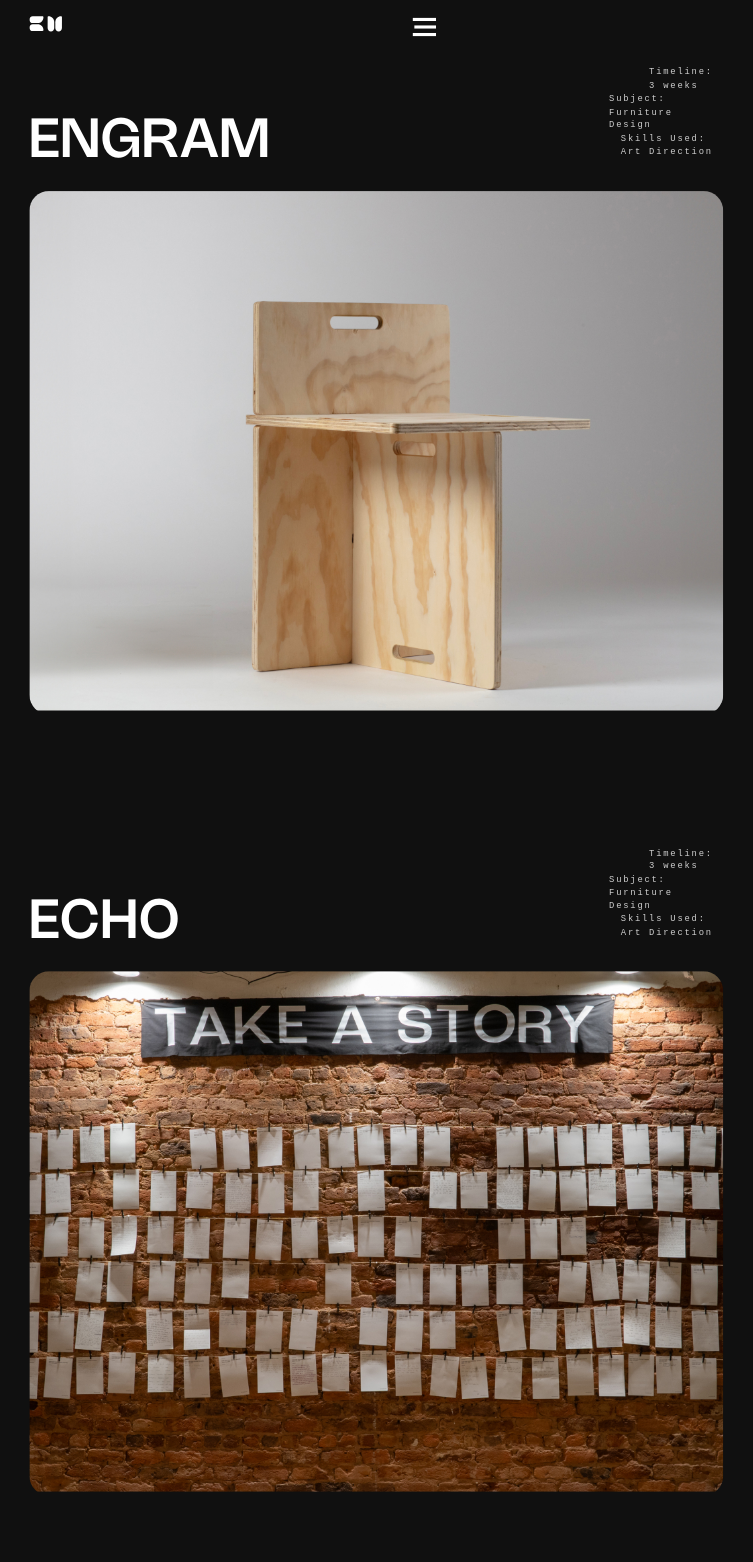
Repository: theethanwright/ethan_wright_portfolio
Page: work.html
An editor plug-in stored every save of this project. The page is shown before and after the next save, followed by the edit.
The browser window is 768 px wide. The pictures show the whole page, at 98% of full size.

Above is the page before, as saved 2023-12-26 21:14:07.

### work.html
<!DOCTYPE html>
<html lang="en">
<head>
    <meta charset="UTF-8">
    <meta name="viewport" content="width=device-width, initial-scale=1.0">
    <script defer src="https://cdnjs.cloudflare.com/ajax/libs/matter-js/0.19.0/matter.min.js"></script>
    <script defer src="work/app.js"></script>
    <link rel="stylesheet" href="work/main.css">
    <link rel="stylesheet" href="work/layouts.css">
    <title>Work</title>
</head>
<body>
    <div class="navbar">
    <a href="home.html"><div class="logo">
            <svg xmlns="http://www.w3.org/2000/svg" width="16" height="17" viewBox="0 0 16 17" fill="none">
                <path d="M14.3673 0H3.61693C1.61938 0 0 1.6756 0 3.74249C0 5.80938 1.61938 7.48498 3.61693 7.48498H9.1428C12.5831 7.48498 15.372 4.59931 15.372 1.03958C15.372 0.46542 14.9221 0 14.3673 0Z" fill="white"/>
                <path d="M9.1428 8.72827H3.61693C1.61938 8.72827 0 10.4039 0 12.4708C0 14.5377 1.61938 16.2133 3.61693 16.2133H14.3673C14.9221 16.2133 15.372 15.7478 15.372 15.1737C15.372 11.6139 12.5831 8.72827 9.1428 8.72827Z" fill="white"/>
            </svg>
            <svg xmlns="http://www.w3.org/2000/svg" width="17" height="17" viewBox="0 0 17 17" fill="none">
                <path d="M1.63275 0C1.07786 0 0.628052 0.46542 0.628052 1.03958V12.8729C0.628052 14.9398 2.24743 16.6154 4.24498 16.6154C6.24253 16.6154 7.86191 14.9398 7.86191 12.8729V6.4454C7.86191 2.88567 5.07306 0 1.63275 0Z" fill="white"/>
                <path d="M15.2936 0C11.8532 0 9.06439 2.88567 9.06439 6.4454V12.8729C9.06439 14.9398 10.6838 16.6154 12.6813 16.6154C14.6789 16.6154 16.2983 14.9398 16.2983 12.8729V1.03958C16.2983 0.46542 15.8484 0 15.2936 0Z" fill="white"/>
            </svg>
        </div></a>
        <p>Work</p>
        <p>About</p>
        <p>Contact</p>
        <p>Playground</p>
        <a href="javascript:void(0);" class="icon" onclick="myFunction()">
            <i class="hamburger"><svg xmlns="http://www.w3.org/2000/svg" width="24" height="24" viewBox="0 0 24 24" fill="none">
                <rect y="2.26416" width="24" height="3.16981" fill="white"/>
                <rect y="17.6604" width="24" height="3.16981" fill="white"/>
                <rect x="1.81133" y="9.96225" width="22.1887" height="3.16981" fill="white"/>
              </svg></i>
        </a>
    </div>
    <div class="wrapper-project">
        <h1 class="hidden">Engram</h1>
        <div class="project-info hidden">
        <p>Timeline:<br>3 weeks</p>
        <p>Subject:<br>Furniture Design</p>
        <p>Skills Used:<br>Art Direction</p>
        </div>
        <a href="" class="hidden">
            <img src="work/public/images/1.jpg" alt="">
        </a>
    </div>
    <div class="wrapper-project">
        <h1 class="hidden">Echo</h1>
        <div class="project-info hidden">
        <p>Timeline:<br>3 weeks</p>
        <p>Subject:<br>Furniture Design</p>
        <p>Skills Used:<br>Art Direction</p>
        </div>
        <a href="" class="hidden">
            <img src="work/public/images/2.jpg" alt="">
        </a>
    </div>
</body>
</html>

### work/app.js
const observer = new IntersectionObserver((entries) => {
  entries.forEach((entry) => {
      console.log(entry)
      if (entry.isIntersecting) {
          entry.target.classList.add('show');
      }
  });
});

const hiddenElements = document.querySelectorAll('.hidden');
hiddenElements.forEach((el) => observer.observe(el));

function myFunction() {
    var x = document.getElementById("myTopnav");
    if (x.className === "topnav") {
      x.className += " responsive";
    } else {
      x.className = "topnav";
    }
  }

### work/main.css


@font-face {
    font-family: "Nohemi";
    src: url(work/public/fonts/Nohemi-Medium.woff2);
  }

@import url('https://fonts.googleapis.com/css2?family=IBM+Plex+Mono&display=swap');

h1 {
  box-sizing: border-box;
  color: #FFF;
  font-family: "Nohemi";
  font-size: 7.176vw;
  font-style: normal;
  font-weight: 500;
  line-height: 65%; /* 186px */
  letter-spacing: 1.24px;
  text-transform: uppercase;
  margin: 0%;
}

p {
  box-sizing: border-box;
    color: rgba(255, 255, 255, 0.80);
    font-family: 'IBM Plex Mono', monospace;
    font-size: clamp(9px, 0.81vw, 14px);
    font-style: normal;
    font-weight: 400;
    line-height: 150%; /* 21px */
    letter-spacing: 1.82px;
    margin: 0%;
}

  body {
    box-sizing: border-box;
    display: block;
    overflow-x: hidden;
    background: #101010;
    margin: 0%;
    padding: 0%;
  }

  a {
    text-decoration: none;
    border-radius: 20px;
  }

  img {
    box-sizing: border-box;
    width: 100%;
    height: 66.293vh;
    object-fit: cover;
    transition: all 1s;
  }

  img:hover {
    transform: scale(1.15, 1.15);
  }

  .hidden {
    opacity: 0;
    filter: blur(5px);
    transform: translateY(50px);
    transition: all 1s;
}

.show {
    opacity: 1;
    filter: blur(0px);
    transform: translateY(0);
}

### work/layouts.css
@media screen and (min-width: 905px) {

    .navbar {
        box-sizing: border-box;
        position: relative;
        padding: 24px 30px;
        display: grid;
        margin: 0;
        width: 100%;
        grid-template-columns: repeat(12, 1fr);
        gap: 1.389vw;
    }

    .logo {
        grid-column-start: 1;
        display: flex;
        width: 34px;
        height: 16px;
        justify-content: center;
        align-items: center;
        gap: 3.256px;
        justify-self: start;
        align-self: center;
      }

      p:nth-child(2) {
        grid-column: 2 / span 2;
        justify-self: start;
        align-self: center;
      }

      p:nth-child(3) {
        grid-column: 5 / span 2;
        justify-self: start;
        align-self: center;
      }

      p:nth-child(4) {
        grid-column: 8 / span 2;
        justify-self: start;
        align-self: center;
      }

      p:nth-child(5) {
        grid-column: 11 / span 2;
        justify-self: start;
        align-self: center;
      }

      .hamburger {
        display: none;
      }

      .wrapper-project {
        box-sizing: border-box;
        display: grid;
        margin: 0;
        width: 100%;
        padding: 68px 30px;
        grid-template-columns: repeat(12, 1fr);
        gap: 32px 1.389vw;
      }

      .wrapper-project h1 {
        grid-column: 1 / span 4;
        justify-self: start;
        align-self: end;
      }

      .wrapper-project .project-info {
        grid-column: 8 / span 4;
        justify-self: stretch;
        align-self: end;

        display: flex;
        justify-content: space-between;
        align-items: flex-end;
        transition-delay: 75ms
      }

      .wrapper-project a {
        grid-column: 1 / 13;
        justify-self: stretch;
        align-self: start;
        overflow: hidden;
        transition-delay: 150ms
      }

}

@media screen and (max-width: 904px) {
    .navbar {
        position: absolute;
        padding: 16px 30px;
        display: grid;
        margin: 0;
        grid-template-columns: repeat(8, 1fr);
        gap: 2.667vw;
    }

    .logo {
        grid-column-start: 1;
        display: flex;
        width: 34px;
        height: 16px;
        justify-content: center;
        align-items: center;
        gap: 3.256px;
        justify-self: start;
        align-self: center;
      }

    .navbar p {
        display: none;
    }

    .icon {
        display: grid;
        grid-column-start: 8;
        justify-self: end;
        align-self: center;
    }

    .wrapper-project {
      box-sizing: border-box;
      display: grid;
      margin: 0;
      width: 100%;
      padding: 68px 30px;
      grid-template-columns: repeat(8, 1fr);
      gap: 32px 1.389vw;
    }

    .wrapper-project h1 {
      grid-column: 1 / span 4;
      justify-self: start;
      align-self: end;
    }

    .wrapper-project .project-info {
      grid-column: 8 / span 4;
      justify-self: stretch;
      align-self: end;

      display: flex;
      flex-direction: column;
      justify-content: space-between;
      align-items: flex-end;
      transition-delay: 75ms
    }

    .wrapper-project a {
      grid-column: 1 / 13;
      justify-self: stretch;
      align-self: start;
      overflow: hidden;
      transition-delay: 150ms
    }
}

@media screen and (max-width: 600px) {
    .navbar {
        position: absolute;
        padding: 16px 16px;
        display: grid;
        margin: 0;
        grid-template-columns: repeat(4, 1fr);
        gap: 4.444vw;
    }

    .logo {
        grid-column-start: 1;
        display: flex;
        width: 34px;
        height: 16px;
        justify-content: center;
        align-items: center;
        gap: 3.256px;
        justify-self: start;
        align-self: center;
      }

    .navbar p {
        display: none;
    }

    .icon {
        display: grid;
        grid-column-start: 4;
        justify-self: end;
        align-self: center;
    }
}

After the next save:
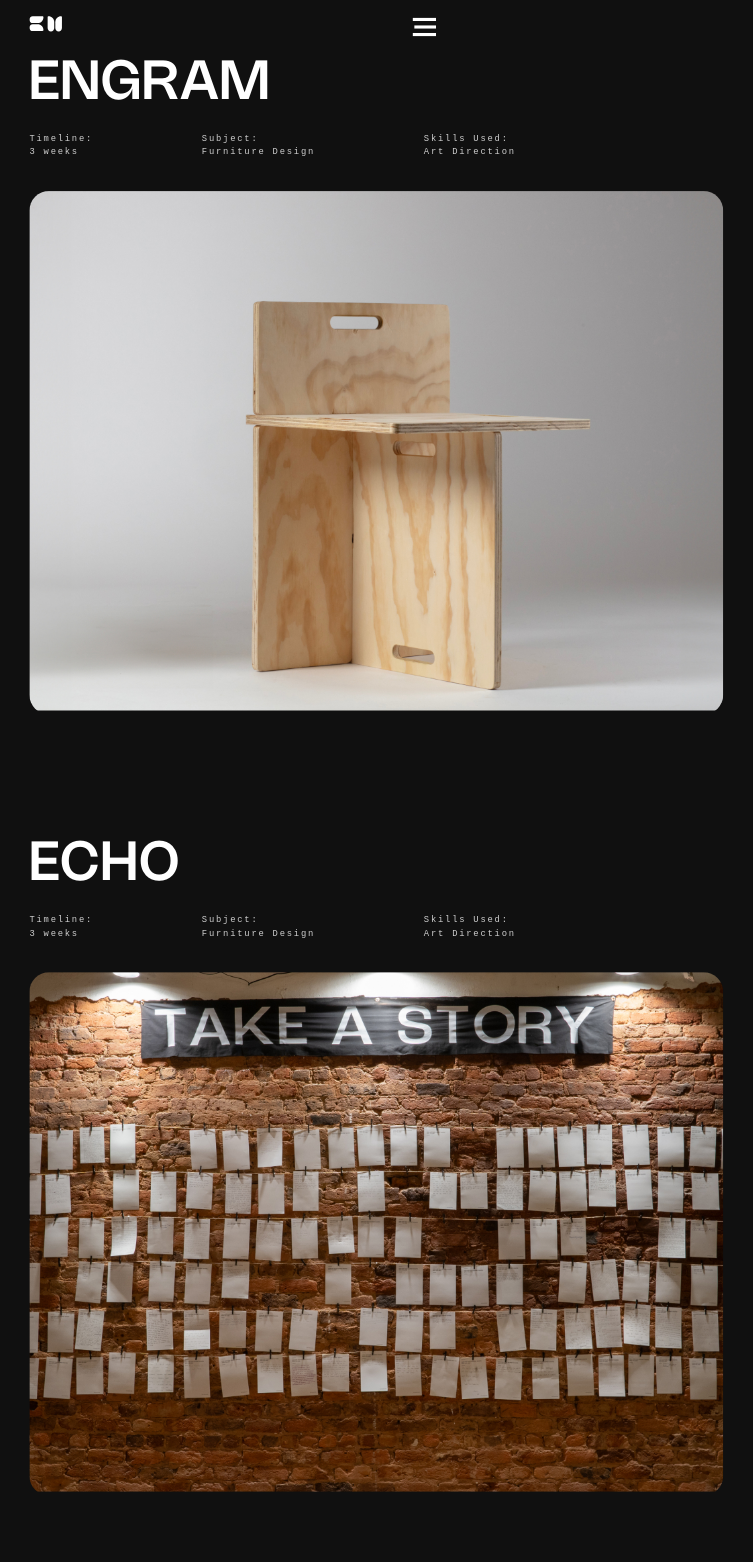
Saved 68 s later.
--- a/work/layouts.css
+++ b/work/layouts.css
@@ -132,18 +132,18 @@
     }
 
     .wrapper-project h1 {
-      grid-column: 1 / span 4;
+      grid-column: 1 / span 6;
       justify-self: start;
       align-self: end;
     }
 
     .wrapper-project .project-info {
-      grid-column: 8 / span 4;
+      grid-column: 1 / span 6;
       justify-self: stretch;
       align-self: end;
 
       display: flex;
-      flex-direction: column;
+      flex-direction: row;
       justify-content: space-between;
       align-items: flex-end;
       transition-delay: 75ms
